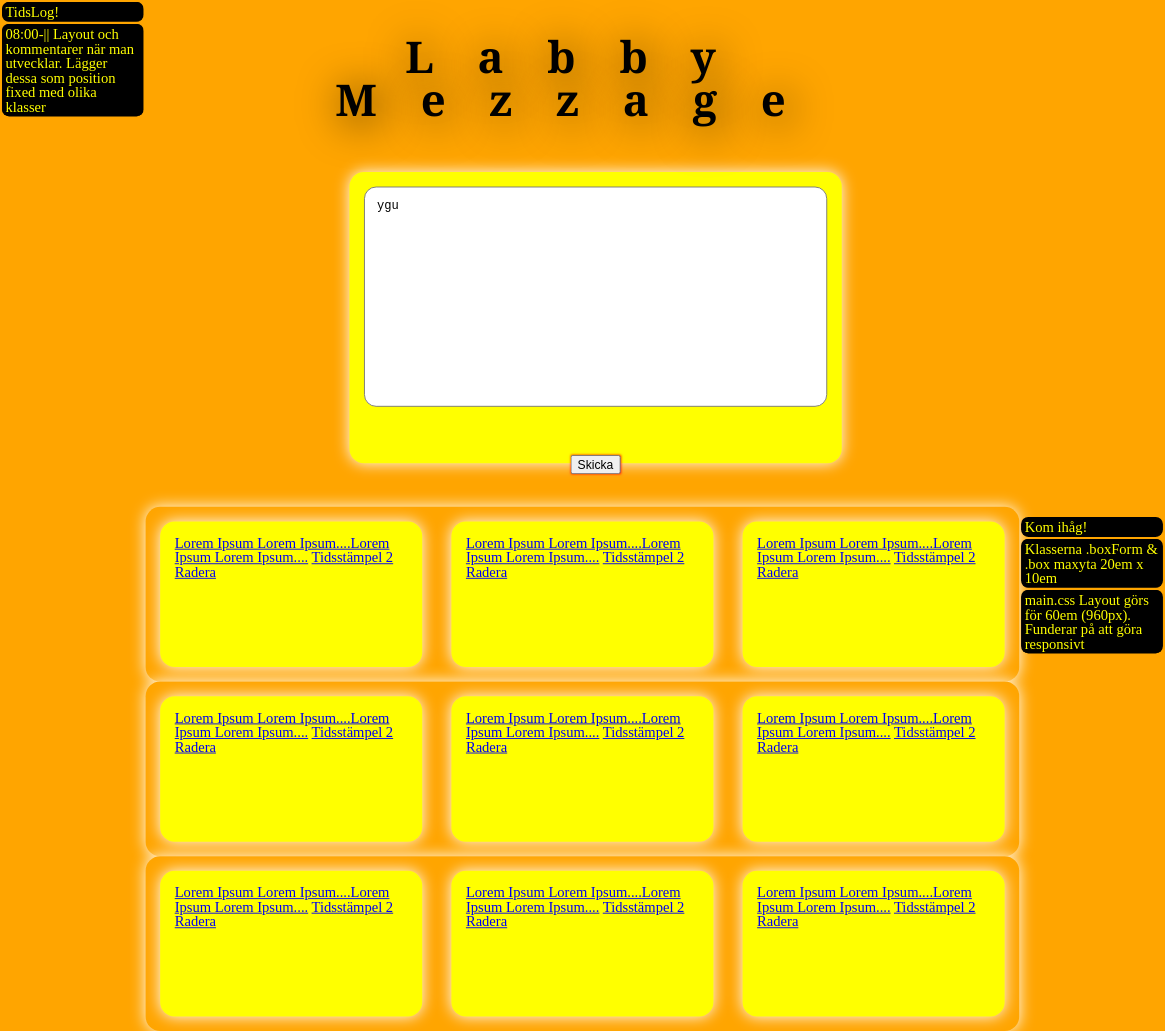
Repository: AndreasAnemyrLNU/1dv403-laborationer-AA223IG
Page: 2-labbymezzage/index.html
The author's editor kept a record of every edit. The page is drawn from the files as they stood at one moment, then again after the next edit.
The browser window is 1280 px wide. The pictures show the whole page, at 91% of full size.

Above is the page before.

### 2-labbymezzage/index.html
<!DOCTYPE html>
<html lang="sv">
    <head>
        <link rel="stylesheet" href="css/main.css" type="text/css" />
        <meta charset="utf-8">
    </head>
    <body>
<!--******************************************************************************************-->
<!--******************************************************************************************-->
        <div class="z fixedRight fixedBottom">
            <p>Kom ihåg!</p>
            <p>Klasserna .boxForm & .box maxyta 20em x 10em</p>
            <p>main.css Layout görs för 60em (960px). Funderar på att göra responsivt</p>
        </div>

        <div class="z">
            <p>TidsLog!</p>
            <p>08:00-|| Layout och kommentarer när man utvecklar. Lägger dessa som position fixed med olika klasser</p>
        </div>
<!--******************************************************************************************-->
<!--******************************************************************************************-->

        <div id="Wrapper">

                <h1>Labby Mezzage</h1>

                <div class="formContainer">
                    <div class="boxForm">
                        <form id="messageForm">
                            <textarea>ygu</textarea>
                            <input id="submit" type="submit" value="Skicka"/>
                        </form>
                    </div>
                </div>

                <div class="messageBoard">

                    <div class="messageContainer">

                        <div class="box">
                            <article class="message">
                                <a class="message block" href="#">Lorem Ipsum Lorem Ipsum....Lorem Ipsum Lorem Ipsum....</a>
                                <a href="#">Tidsstämpel 2 </a><a href="#">Radera</a>
                            </article>
                        </div>

                        <div class="box">
                            <article class="message">
                                <a class="message block" href="#">Lorem Ipsum Lorem Ipsum....Lorem Ipsum Lorem Ipsum....</a>
                                <a href="#">Tidsstämpel 2 </a><a href="#">Radera</a>
                            </article>
                        </div>

                        <div class="box">
                            <article class="message">
                                <a class="message block" href="#">Lorem Ipsum Lorem Ipsum....Lorem Ipsum Lorem Ipsum....</a>
                                <a href="#">Tidsstämpel 2 </a><a href="#">Radera</a>
                            </article>
                        </div>

                    </div>

                    <div class="messageContainer">

                        <div class="box">
                            <article class="message">
                                <a class="message block" href="#">Lorem Ipsum Lorem Ipsum....Lorem Ipsum Lorem Ipsum....</a>
                                <a href="#">Tidsstämpel 2 </a><a href="#">Radera</a>
                            </article>
                        </div>

                        <div class="box">
                            <article class="message">
                                <a class="message block" href="#">Lorem Ipsum Lorem Ipsum....Lorem Ipsum Lorem Ipsum....</a>
                                <a href="#">Tidsstämpel 2 </a><a href="#">Radera</a>
                            </article>
                        </div>

                        <div class="box">
                            <article class="message">
                                <a class="message block" href="#">Lorem Ipsum Lorem Ipsum....Lorem Ipsum Lorem Ipsum....</a>
                                <a href="#">Tidsstämpel 2 </a><a href="#">Radera</a>
                            </article>
                        </div>

                    </div>

                    <div class="messageContainer">

                        <div class="box">
                            <article class="message">
                                <a class="message block" href="#">Lorem Ipsum Lorem Ipsum....Lorem Ipsum Lorem Ipsum....</a>
                                <a href="#">Tidsstämpel 2 </a><a href="#">Radera</a>
                            </article>
                        </div>

                        <div class="box">
                            <article class="message">
                                <a class="message block" href="#">Lorem Ipsum Lorem Ipsum....Lorem Ipsum Lorem Ipsum....</a>
                                <a href="#">Tidsstämpel 2 </a><a href="#">Radera</a>
                            </article>
                        </div>

                        <div class="box">
                            <article class="message">
                                <a class="message block" href="#">Lorem Ipsum Lorem Ipsum....Lorem Ipsum Lorem Ipsum....</a>
                                <a href="#">Tidsstämpel 2 </a><a href="#">Radera</a>
                            </article>
                        </div>

                    </div>

                </div>




        </div>

        <!--<script type="text/javascript" src="js/addEvent.js"></script>-->
        <script type="text/javascript" src="js/run.js"></script>
        <script type="text/javascript" src="js/Message.js"></script>
    </body>
</html>

### 2-labbymezzage/css/main.css
/*Optimized for 960px width*/

/*ColorScheme*/


/* http://meyerweb.com/eric/tools/css/reset/
   v2.0 | 20110126
   License: none (public domain)
*/

html, body, div, span, applet, object, iframe,
h1, h2, h3, h4, h5, h6, p, blockquote, pre,
a, abbr, acronym, address, big, cite, code,
del, dfn, em, img, ins, kbd, q, s, samp,
small, strike, strong, sub, sup, tt, var,
b, u, i, center,
dl, dt, dd, ol, ul, li,
fieldset, form, label, legend,
table, caption, tbody, tfoot, thead, tr, th, td,
article, aside, canvas, details, embed,
figure, figcaption, footer, header, hgroup,
menu, nav, output, ruby, section, summary,
time, mark, audio, video {
	margin: 0;
	padding: 0;
	border: 0;
	font-size: 100%;
	font: inherit;
	vertical-align: baseline;
}
/* HTML5 display-role reset for older browsers */
article, aside, details, figcaption, figure,
footer, header, hgroup, menu, nav, section {
	display: block;
}
body {
	line-height: 1;
}
ol, ul {
	list-style: none;
}
blockquote, q {
	quotes: none;
}
blockquote:before, blockquote:after,
q:before, q:after {
	content: '';
	content: none;
}
table {
	border-collapse: collapse;
	border-spacing: 0;
}

/*END OF MEYER'S RESET*/

body{
    background-color:orange;
}

form{
    float: left;
}
h1{
    font-family: georgia;
    font-size: 3em;
    font-weight: 700;
    letter-spacing: 1em;
    padding: .8em;
    text-align: center;
    text-shadow: black .1em .1em 1em;
}
input[type="submit"]{
    box-shadow: red 0 0 .2em;
    clear: both;
    float: left;
    margin: 4em 17em;

}
textarea{
    border-radius: 1em;
    float: left;
    height: 16em;
    overflow:hidden;
    padding: 1em;
    resize: none;
    width: 36em;
}
#Wrapper{
    background-color: orange;
    display: block;
    margin: auto;
    width: 60em;
}
/* height 10em, width 20em */
.box{
    /*border: 0.0625em solid black*/ ;
    border-radius: 1em;
    background-color: yellow;
    box-shadow: white 0 0 1em;
    float: left;
    height: 8em;
    padding: 1em;
    transform: scale(1);
    transition-duration: 2s;
    margin: 1em;
    width: 16em;
}
.box:hover{
    box-shadow: red 0 0 .1250;
    transform: scale(1.05, 1.05);
    transition-duration: .7s;

}
.boxForm{
    /*border: 0.0625em solid black*/ ;
    border-radius: 1em;
    background-color: yellow;
    box-shadow: white 0 0 1em;
    float: left;
    height: 18em;
    padding: 1em;
    transition-duration: .7s;
    margin: 1em 0 3em 0;
}
.fixedBottom{
    bottom: 0;
}
.fixedRight{
    right: 0;
}
.messageBoard{
    display: block;
    clear: both;
}
.formContainer{
    margin: auto;
    width: 32em;
}
.messageContainer{
    background-color: orange;
    border-radius: 1em;
    box-shadow: white 0 0 1em;
    clear: both;
    overflow: auto;
    transition-duration: 1.5s;
}
.messageContainer:hover{
    box-shadow: white 0 0 1em;
    transition-duration: 1.5s;
}

/*Comments for developer*/
.z{
    position: fixed;
    width: 10em;
}
.z p{
    background-color: black;
    border: .1250em solid black;
    border-radius: .5em;
    color: yellow;
    border-bottom: none;
    margin: .1250em;
    padding: .1250em;
}

### 2-labbymezzage/js/run.js
"use strict";


var run = {

    messages:   [],

    init:       function(){


    var submit = document.getElementById("submit");
    submit.addEventListener("click", run.createMessage, false);
    },

    createMessage:  function(){
    run.messages.push(new Message( document.getElementById("messageInputArea").value , new Date()));
    console.log(run.messages[0].toString());
    },

};

window.onload = run.init;

### 2-labbymezzage/js/Message.js
"use strict";

//Start - Message constructor***************************\\

function Message(message, date){

    this.getText = function(){
        return message;
    };

    this.setText = function (_text){
        message = _text;
    };

    this.getDate = function(){
        return date;
    };

    this.setDate = function (_date){
        message = _date;
    };



}

//*****************************Message constructor - End\\
//******************************************************\\
//Start - Message.prototype*****************************\\

Message.prototype.toString = function(){
    return this.getText()+" ("+this.getDate()+")";
};

Message.prototype.HTMLText = function(){
    alert("getHTMLText in Message not implemented!");
};

//***********************Start - Message.prototype - End\\

After the next edit:
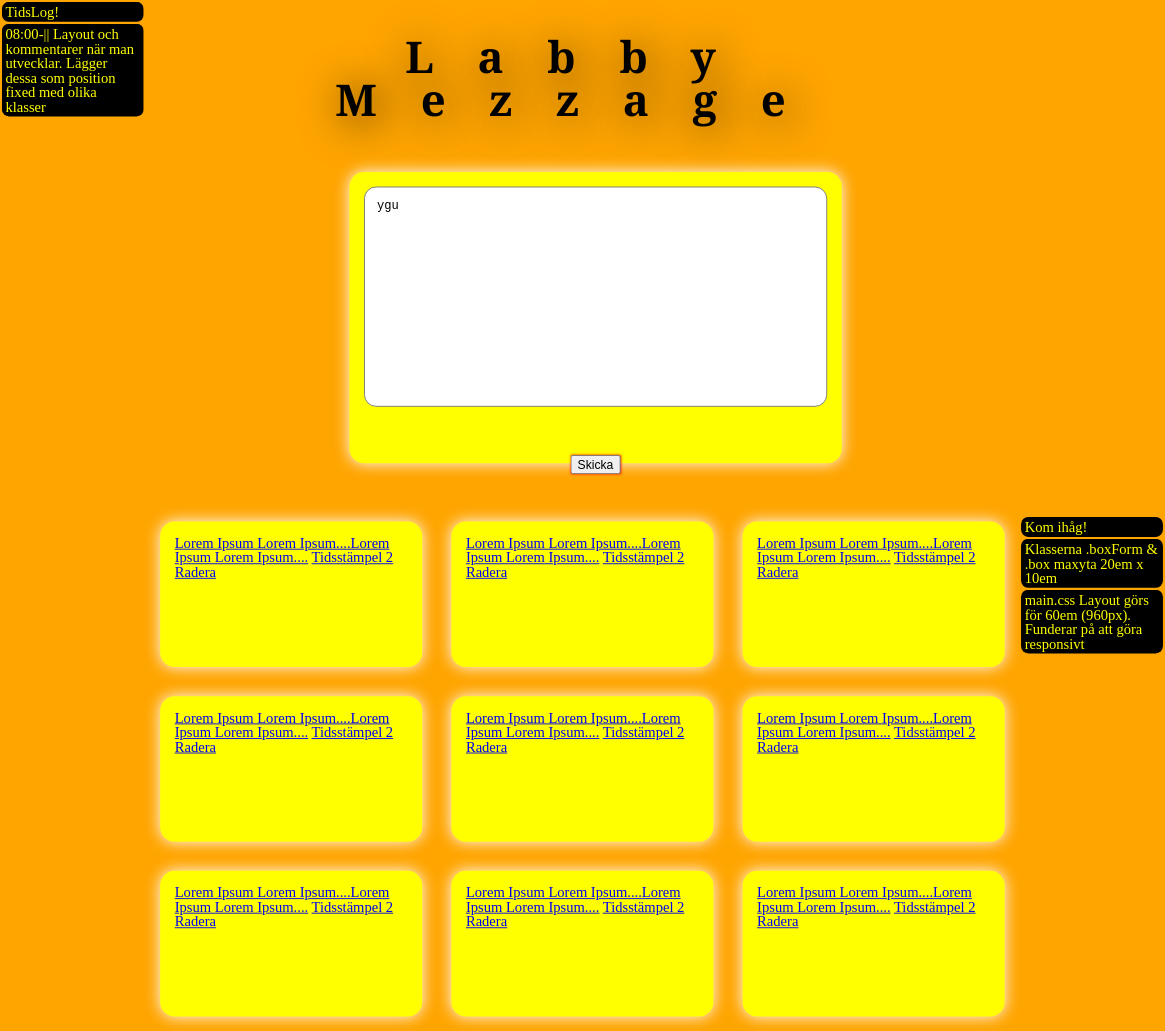
The edit:
--- a/2-labbymezzage/css/main.css
+++ b/2-labbymezzage/css/main.css
@@ -140,7 +140,7 @@
 .messageContainer{
     background-color: orange;
     border-radius: 1em;
-    box-shadow: white 0 0 1em;
+    box-shadow: white 0 0 0;
     clear: both;
     overflow: auto;
     transition-duration: 1.5s;
